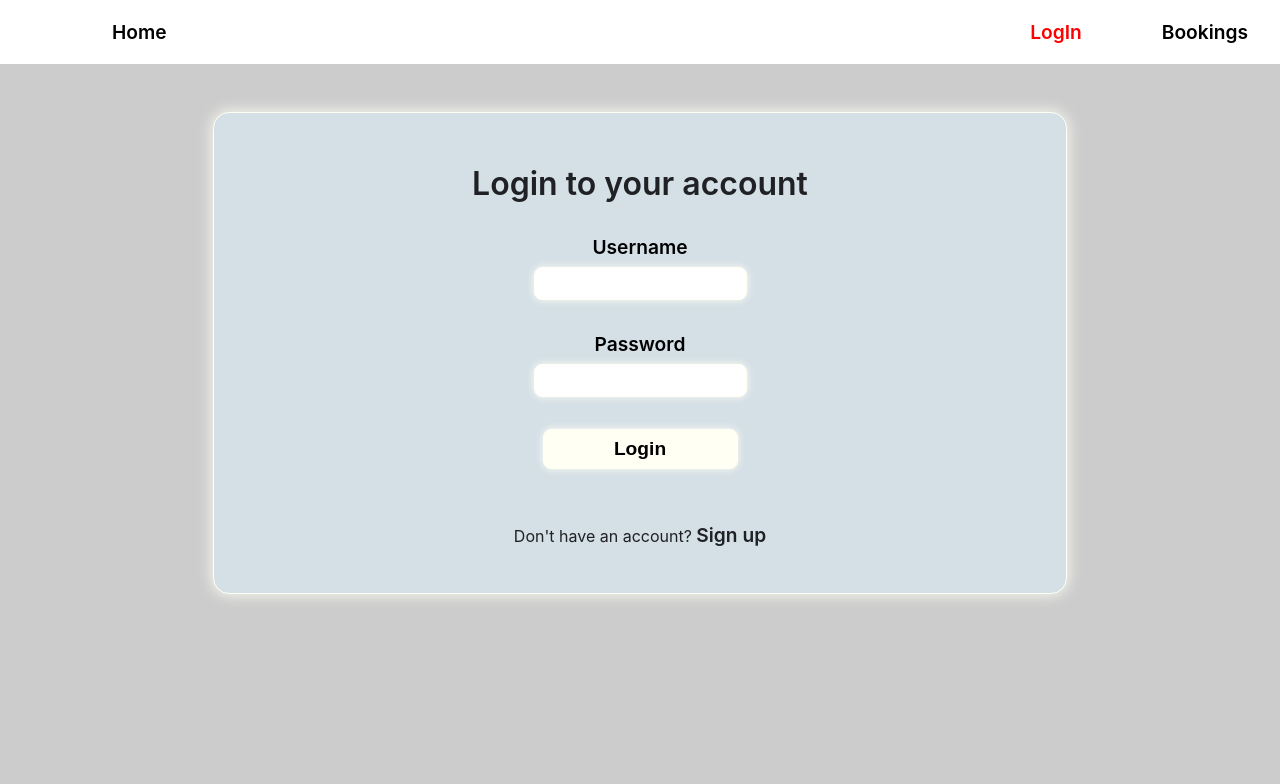
Repository: MikkyPrestige/fake-user-authentication
Page: /login
An editor plug-in stored every save of this project. The page is shown before and after the next save, followed by the edit.
The browser window is 1280 px wide. The pictures show the whole page.
The project was rebuilt for these pictures with package versions that can differ from the ones it lists, and the page was loaded fresh each time. Also part of the build but not shown: src/assets/styles/home.css, src/components/home.jsx, src/assets/styles/booking.css, src/components/booking.jsx, src/components/fallBack.jsx, src/assets/styles/error.css, src/components/error.jsx, src/profile/signUp.jsx and 2 more.

Above is the page before, as saved 2022-11-24 05:59:27.

### src/index.css
body {
  margin: 0;
  font-family: -apple-system, BlinkMacSystemFont, 'Segoe UI', 'Roboto', 'Oxygen',
    'Ubuntu', 'Cantarell', 'Fira Sans', 'Droid Sans', 'Helvetica Neue',
    sans-serif;
  -webkit-font-smoothing: antialiased;
  -moz-osx-font-smoothing: grayscale;
  /* background-image: url(./assets/img/pattern_blue-1.jpg);
  background-repeat: no-repeat;
  background-size: cover;
  background-position: center;
  background-attachment: fixed; */
}

code {
  font-family: source-code-pro, Menlo, Monaco, Consolas, 'Courier New',
    monospace;
}

### src/App.jsx
import React from "react";
import { ErrorBoundary } from "react-error-boundary";
import { Route, Routes } from "react-router-dom";
import { Home, Navigation, Booking, FallBack, Error } from "./components";
import { Login, User, Logout, SignUp } from "./profile";
import RequireAuth from "./profile/context/require";
import { AuthProvider } from "./profile/context/auth";

function App() {
  return (
    <div className="App">
      <ErrorBoundary FallbackComponent={FallBack}>
        <Navigation />
        <AuthProvider>
        <Routes>
          <Route path="/" element={<Home />} />
          <Route path="/login">
            <Route index element={<Login />} />
          </Route>
          <Route path="/user" element={<RequireAuth><User /></RequireAuth>} />
          <Route path="/logout" element={<Logout />} />
          <Route path="/signUp" element={<SignUp />} />
          <Route path="/booking" element={<Booking />} />
          <Route path="*" element={<Error />} />
        </Routes>
        </AuthProvider>
      </ErrorBoundary>
    </div>
  );
}

export default App;

### src/components/index.js
export { default as Navigation } from "./navigation";
export { default as Home } from "./home";
export { default as Booking } from "./booking";
export { default as FallBack } from "./fallBack";
export { default as Error } from "./error";

### src/profile/index.js
export { default as Login } from "./login";
export { default as Logout } from "./logout";
export { default as SignUp } from "./signUp";
export { default as User } from "./user";

### src/profile/context/auth.jsx
// USER AUTHENTICATION CONTEXT
// This context is used to store the user authentication data and provide it to the rest of the application

import React, { createContext, useState, useContext } from "react";

// Create the context
const AuthContext = createContext({ user: {
  userName: "",
  email: "",
  password: "",
  confirmPassword: ""
} });

// Create the provider
const AuthProvider = ({ children }) => {

  // Create the state
  const [user, setUser] = useState({
    userName: "",
    email: "",
    password: "",
    confirmPassword: ""
  });

  // Login the user
  const login = (userName, password) => {
    setUser({
      userName,
      password
    });
  };

  // Sign up the user
  const signUp = (userName, password, email) => {
    setUser({
      userName,
      password,
      email
    });
  };

  // Logout the user
  const logout = () => {
    setUser({
      userName: "",
      email: "",
      password: "",
      confirmPassword: ""
    });
  };

  // Return the provider
  return (
    <AuthContext.Provider value={{ user, login, signUp, logout }}>
      {children}
    </AuthContext.Provider>
  );
};

// Create the hook
const useAuth = () => useContext(AuthContext);

// Export the provider and the hook
export { AuthProvider, useAuth };

// // Create the provider
// const AuthProvider = ({ children }) => {
//   // Create the state
//   const [user, setUser] = useState(null);

//   // Create the login function
//   const login = (user) => {
//     // Set the user
//     setUser(user);
//   };

//   // Create the logout function
//   const logout = () => {
//     // Set the user
//     setUser(null);
//   };

//   // Create sign up function
//   const signUp = (user) => {
//     // Set the user
//     setUser(user);
//   };

//   // Return the provider
//   return (
//     <AuthContext.Provider value={{ user, login, logout, signUp }}>
//       {children}
//     </AuthContext.Provider>
//   );
// };

// // Context hook
// const useAuth = () => useContext(AuthContext);

// // Export the context and provider
// export { AuthContext, AuthProvider, useAuth };

### src/components/navigation.jsx
// NAVIGATION COMPONENT

import React from "react";
import { NavLink } from "react-router-dom";
import "../assets/styles/navigation.css";

const Navigation = () => {
  return (
    <div className="navigation">
      <nav className="navigation__links">
        <div className="navigation--link">
          <NavLink
            style={({ isActive }) =>
              isActive ? { color: "red" } : { color: "black" }
            }
            to="/"
            className="navigation__link--item"
          >
            Home
          </NavLink>
        </div>
        <div className="navigation__link--wrapper">
          <NavLink
            style={({ isActive }) =>
              isActive ? { color: "red" } : { color: "black" }
            }
            to="/login"
            className="navigation__link--item"
          >
             LogIn
          </NavLink>
          <NavLink
            style={({ isActive }) =>
              isActive ? { color: "red" } : { color: "black" }
            }
            to="/booking"
            className="navigation__link--item"
          >
            Bookings
          </NavLink>
        </div>
      </nav>
    </div>
  );
};

export default Navigation;

### src/profile/login.jsx
// LOGIN COMPONENT - LOGIN PAGE
// This component is the login page for the application. It is a form that allows the user to enter their username and password.

import React, { useState } from "react";
import { useNavigate, useLocation } from "react-router-dom";
import { useAuth } from "./context/auth";
import "../assets/styles/login.css";

const Login = () => {
  const [userName, setUserName] = useState("");
  const [password, setPassword] = useState("");
  const [error, setError] = useState("");
  const auth = useAuth();
  const navigate = useNavigate();
  const location = useLocation();

  // Validate the form
  const validate = () => {
    if (!userName && !password) {
      setError("Please enter a username and password or email.");
      return false;
    } else if (userName === "") {
      setError("Please enter a username.");
      return false;
    } else if (password === "") {
      setError("Please enter a password.");
      return false;
    } else {
      return true;
    }
  };

  // Handle the form login
  const handleLogin = () => {
    if (validate()) {
      auth.login(userName, password);
      navigate(location.state?.from || "/user", { replace: true }); // Redirect the user to the user page after they login successfully.
    }
  };

  // Handle the form submit
  const handleSubmit = (e) => {
    e.preventDefault();
    console.log(userName, password);
    handleLogin();
  };

  // Handle the form change
  const handleChange = (e) => {
    const { name, value } = e.target;
    if (name === "user") {
      setUserName(value);
    } else if (name === "password") {
      setPassword(value);
    }
  };

  return (
    <div className="login">
      <div className="login__container">
      <h1 className="login__title">Login to your account</h1>
      <form onSubmit={handleSubmit} className="login__form">
        <label htmlFor="user" className="login__label">
          Username
        </label>
        <input
          type="text"
          name="user"
          value={userName}
          onChange={handleChange}
          className="login__input"
        />

        <label htmlFor="password" className="login__label">
          Password
        </label>
        <input
          type="password"
          name="password"
          value={password}
          onChange={handleChange}
          className="login__input"
        />
        <button type="submit" className="login__btn">
          Login
        </button>
      </form>
      <p className="login__error">{error}</p>
      <p className="login__links">
        Don't have an account?{" "}
        <a href="/signUp" className="login__link--item">
          Sign up
        </a>
      </p>
      </div>
    </div>
  );
};

export default Login;

### src/profile/logout.jsx
// LOGOUT COMPONENT:
// This component is for the logout page in the app

import { useEffect } from "react";
import { useNavigate } from "react-router-dom";
import { useAuth } from "./context/auth";

const Logout = () => {
  const auth = useAuth();
  const navigate = useNavigate();

  useEffect(() => {
    auth.logout();
    navigate("/");
  });

  return null;
};

export default Logout;

### src/assets/styles/navigation.css
.navigation {
  background-color: #fff;
  height: 4rem;
  position: fixed;
  top: 0;
  width: 100%;
  z-index: 100;
}

.navigation__links {
  display: flex;
  justify-content: space-between;
  align-items: center;
  height: 100%;
  padding: 0 2rem;
}

.navigation__link--item {
  font-size: 1.2rem;
  font-weight: 600;
  text-decoration: none;
}

.navigation--link {
  margin-left: 5rem;
}

.navigation__link--wrapper {
  display: flex;
  align-items: center;
  gap: 5rem;
}

### src/assets/styles/login.css
.login {
    background-color: #ccc;
    margin: 0 auto;
    padding: 2rem;
    height: 100vh;
}

.login__container {
    display: flex;
    flex-direction: column;
    justify-content: center;
    align-items: center;
    width: 70%;
    height: 30rem;
    margin: 5rem auto;
    background-color: #D4DfE6;
    border: 1px solid #FFFFF3;
    border-radius: 1rem;
    box-shadow: 0 0 1rem #FFFFF3;
}

.login__title {
    font-size: 2rem;
    font-weight: 600;
    color: #1F2124;
    margin-bottom: 2rem;
}

.login__form {
    display: flex;
    flex-direction: column;
    justify-content: center;
    align-items: center;
    gap: .5rem;
}

.login__label {
    font-size: 1.2rem;
    font-weight: 600;
}

.login__input {
    width: 100%;
    padding: 0.5rem;
    border: 1px solid #FFFFF3;
    border-radius: 0.5rem;
    box-shadow: 0 0 0.5rem #FFFFF3;
    margin-bottom: 1.5rem;
}

.login__input:focus {
    outline: none;
}

.login__btn {
    width: 100%;
    padding: 0.5rem;
    border: 1px solid #FFFFF3;
    border-radius: 0.5rem;
    box-shadow: 0 0 0.5rem #FFFFF3;
    background-color: #FFFFF3;
    font-size: 1.2rem;
    font-weight: 600;
    cursor: pointer;
}

.login__btn:hover {
    background-color: #D4DfE6;
}

.login__links {
  color: #1F2124;
}

.login__link--item {
  text-decoration: none;
  font-size: 1.2rem;
  font-weight: 600;
  color: #1F2124;
}

.login__error {
  color: red;
  font-size: 1.2rem;
  font-weight: 600;
}

Loaded but not shown: public/index.html (common file); src/index.js (common file)

After the next save:
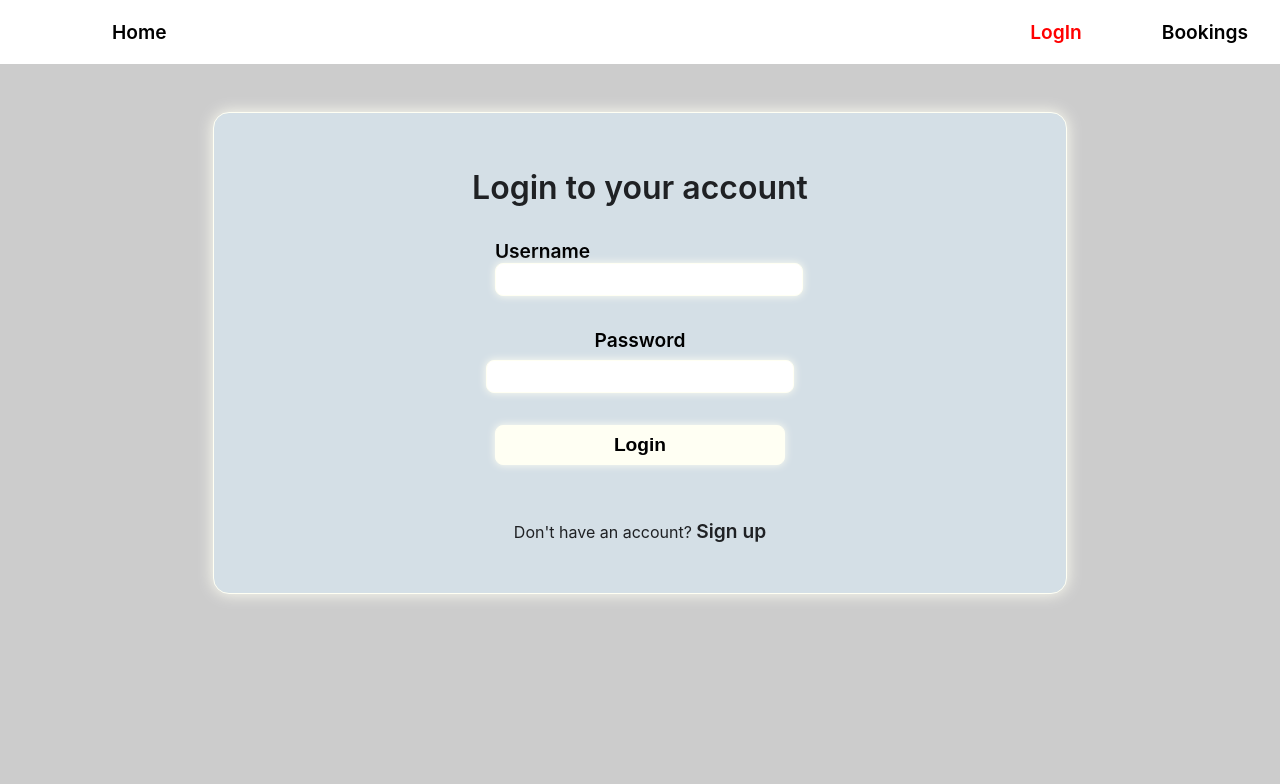
Saved 27 s later.
--- a/src/profile/login.jsx
+++ b/src/profile/login.jsx
@@ -60,6 +60,7 @@ const Login = () => {
       <div className="login__container">
       <h1 className="login__title">Login to your account</h1>
       <form onSubmit={handleSubmit} className="login__form">
+        <div className="login__form__group">
         <label htmlFor="user" className="login__label">
           Username
         </label>
@@ -70,7 +71,7 @@ const Login = () => {
           onChange={handleChange}
           className="login__input"
         />
-
+        </div>
         <label htmlFor="password" className="login__label">
           Password
         </label>
